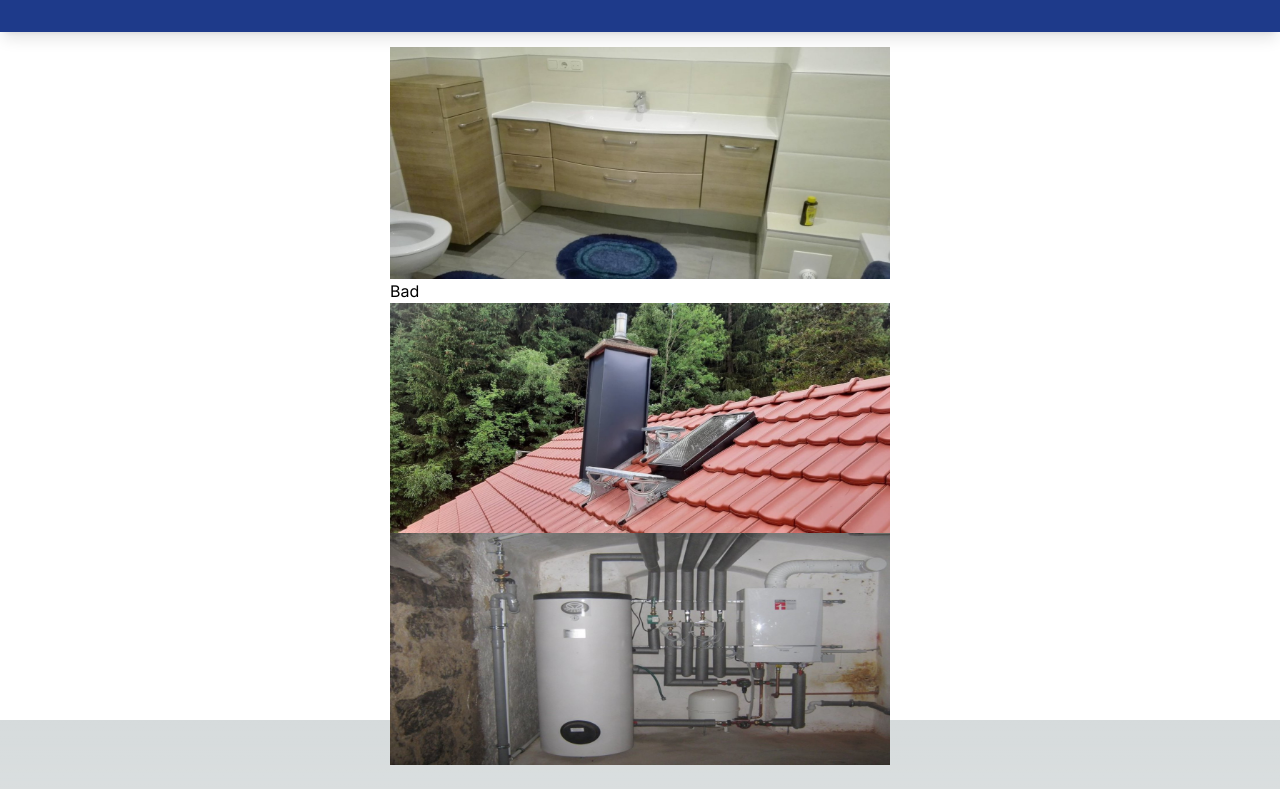
Repository: LorenMucha/firma-andreas-mucha
Page: /
The author's editor kept a copy of each file at every save. The page is drawn from the files as they stood at one save, then again after the next save.
The browser window is 1280 px wide. The pictures show the whole page.
The project was rebuilt for these pictures with package versions that can differ from the ones it lists, and the page was loaded fresh each time. The framework's server and built-in components were replaced by stand-ins that run in the browser. Also part of the build but not shown: next.config.mjs.

Above is the page before, as saved 2024-04-15 16:05:23.

After the next save:
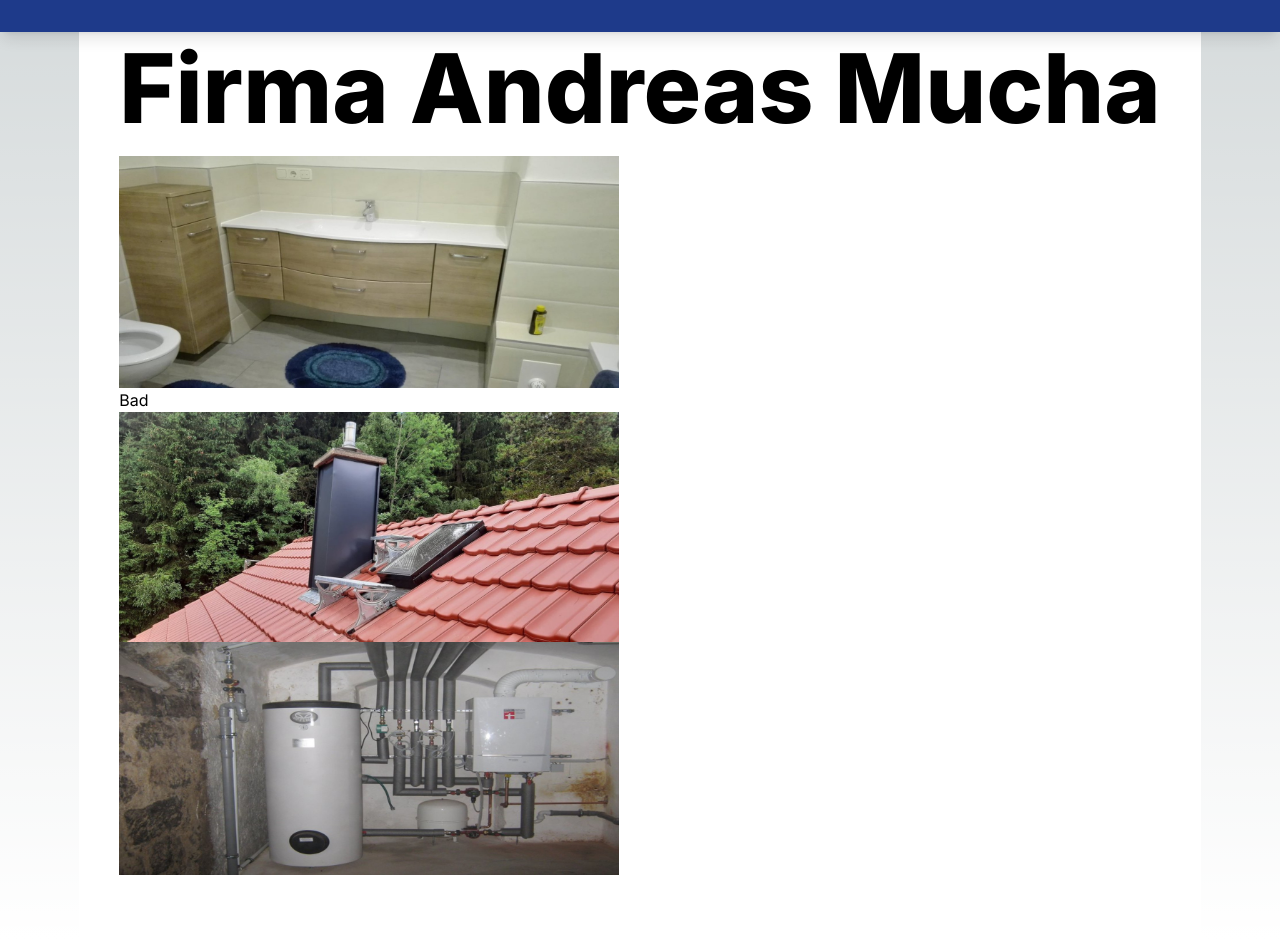
Saved 55 s later.
--- a/src/app/components/Intro.tsx
+++ b/src/app/components/Intro.tsx
@@ -1,7 +1,7 @@
 import { CCarousel, CCarouselItem, CImage } from "@coreui/react"
 
 const Intro = (): React.JSX.Element =>
-    <div className="w-screen h-screen flex flex-col justify-center items-center bg-white p-10">
+    <div className=" bg-white p-10">
         <div className="font-extrabold text-8xl text-black w-100">Firma Andreas Mucha</div>
         <div className="mt-5">
             <CCarousel controls indicators>

After the save that followed:
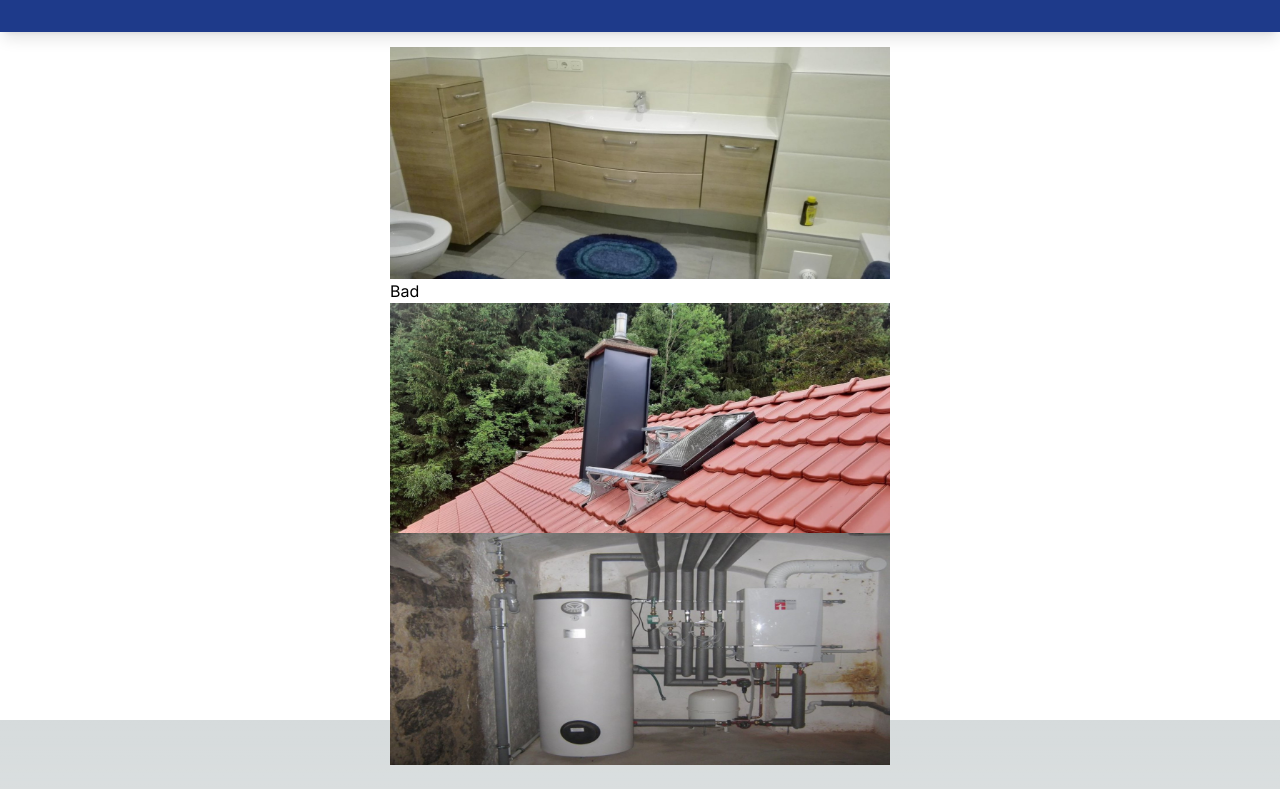
Saved 16 s later.
--- a/src/app/components/Intro.tsx
+++ b/src/app/components/Intro.tsx
@@ -1,7 +1,7 @@
 import { CCarousel, CCarouselItem, CImage } from "@coreui/react"
 
 const Intro = (): React.JSX.Element =>
-    <div className=" bg-white p-10">
+    <div className="w-screen h-screen flex flex-col justify-center items-center bg-white p-10">
         <div className="font-extrabold text-8xl text-black w-100">Firma Andreas Mucha</div>
         <div className="mt-5">
             <CCarousel controls indicators>
